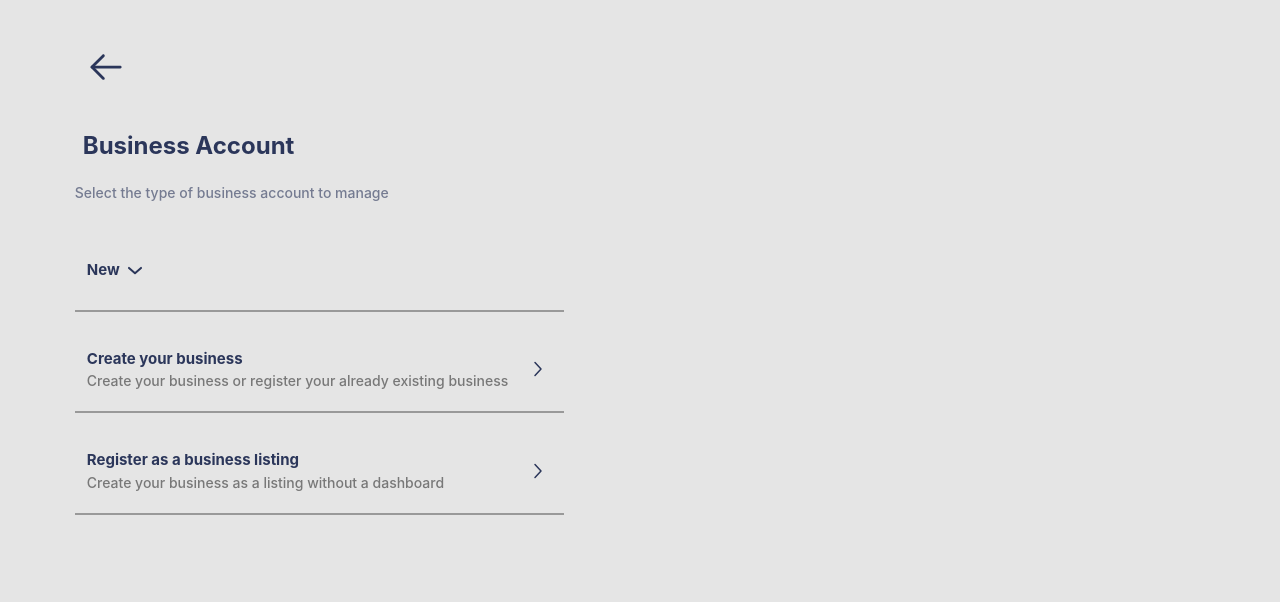
Repository: Osomhe1/findme_task
Page: /account
An editor plug-in stored every save of this project. The page is shown before and after the next save, followed by the edit.
The browser window is 1280 px wide. The pictures show the whole page.
The project was rebuilt for these pictures with package versions that can differ from the ones it lists, and the page was loaded fresh each time. Also part of the build but not shown: src/component/Clip.css, src/component/Logo.js, src/component/Drag.js, src/component/Memories.js, src/component/Publish.js, src/component/Insight.js, src/component/User.js, src/component/Clip.js and 20 more.

Above is the page before, as saved 2023-04-10 09:28:05.

After the next save:
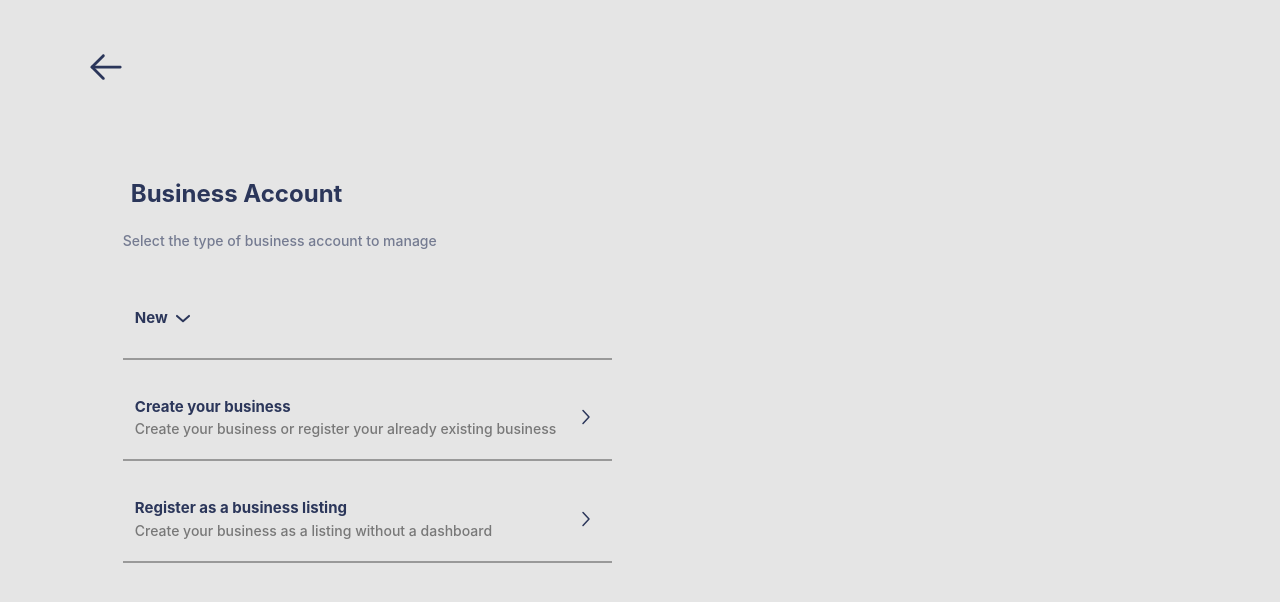
Saved 13 s later.
--- a/src/component/pages/Account.js
+++ b/src/component/pages/Account.js
@@ -25,7 +25,7 @@
           </Link>
         </div>
         <div className="flex flex-wrap justify-between gap-2 items-center md:w-[90%] m-auto ">
-          <div className=" text-cente md:p12 w-ful   lg:block  pb-20 ">
+          <div className=" text-cente md:p-12 w-ful   lg:block  pb-20 ">
             <div className=" text-cente ">
               <h1 className="text-[#2B365A] font-bold text-2xl p-2 ">
                 Business Account

After the 2 saves that followed:
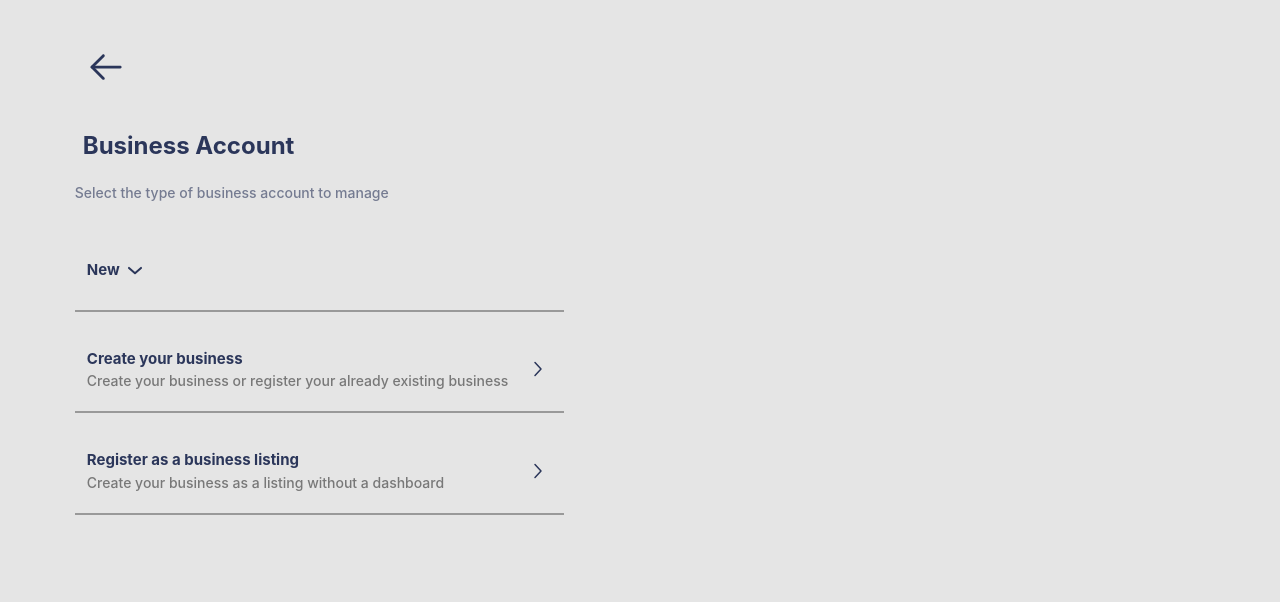
The 2 saves are shown as one change because they came seconds apart.
The last was saved 7 s later.
--- a/src/component/pages/Account.js
+++ b/src/component/pages/Account.js
@@ -25,7 +25,7 @@
           </Link>
         </div>
         <div className="flex flex-wrap justify-between gap-2 items-center md:w-[90%] m-auto ">
-          <div className=" text-cente md:p-12 w-ful   lg:block  pb-20 ">
+          <div className=" text-cente  w-ful   lg:block  pb-20 ">
             <div className=" text-cente ">
               <h1 className="text-[#2B365A] font-bold text-2xl p-2 ">
                 Business Account
